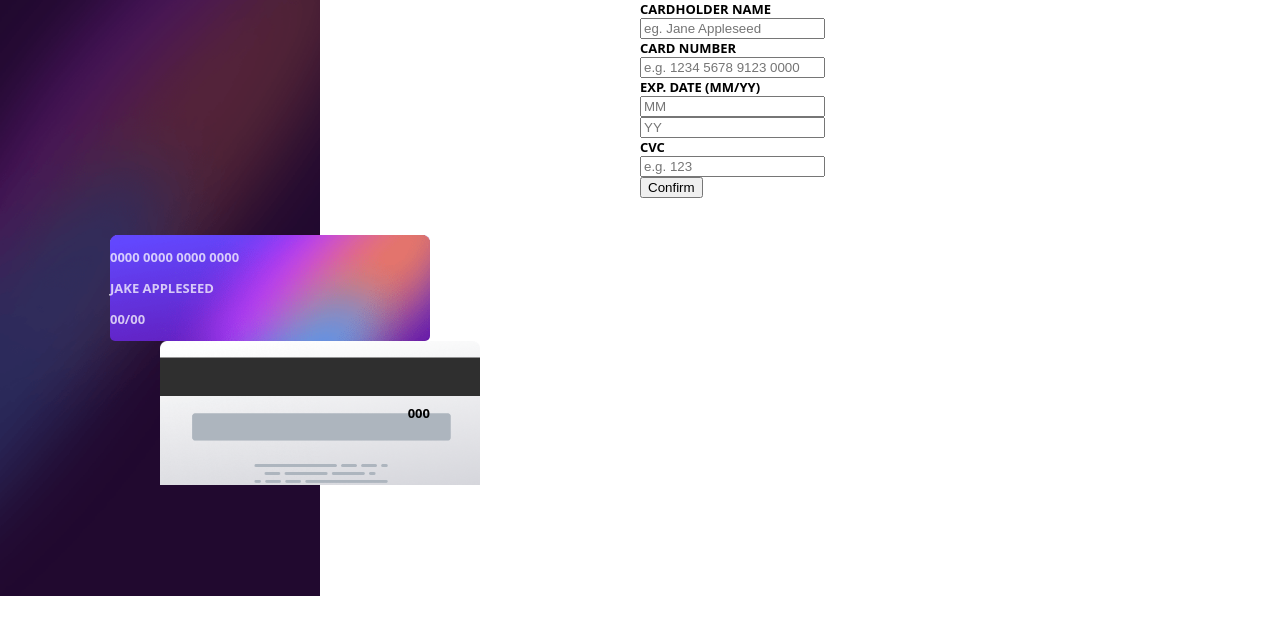
Repository: Celebration-cloud/my-project
Page: interactive-card-details-form-main/index.html
The author's editor kept a copy of each file at every save. The page is drawn from the files as they stood at one save, then again after the next save.
The browser window is 1280 px wide. The pictures show the whole page.

Above is the page before, as saved 2023-08-22 18:51:15.

After the next save:
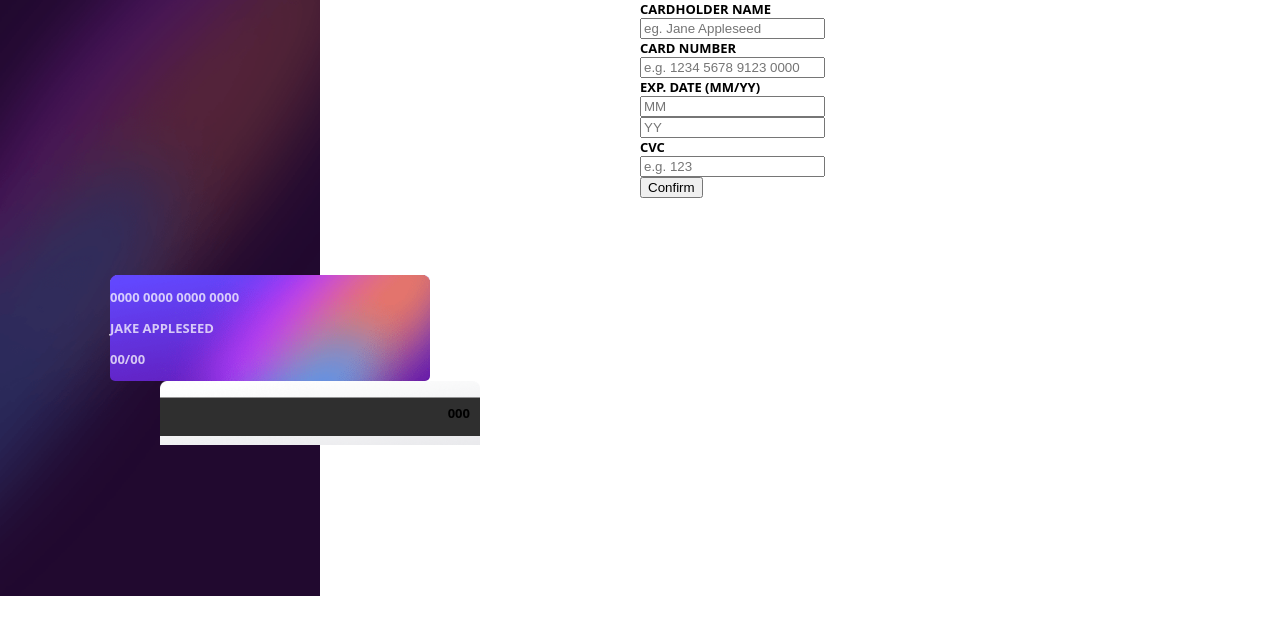
Saved 8 s later.
--- a/interactive-card-details-form-main/index.css
+++ b/interactive-card-details-form-main/index.css
@@ -36,5 +36,5 @@ body{
 }
 #cvc-digit{
     text-align: right !important ;
-    padding: 50px;
+    padding: 10px;
 }
